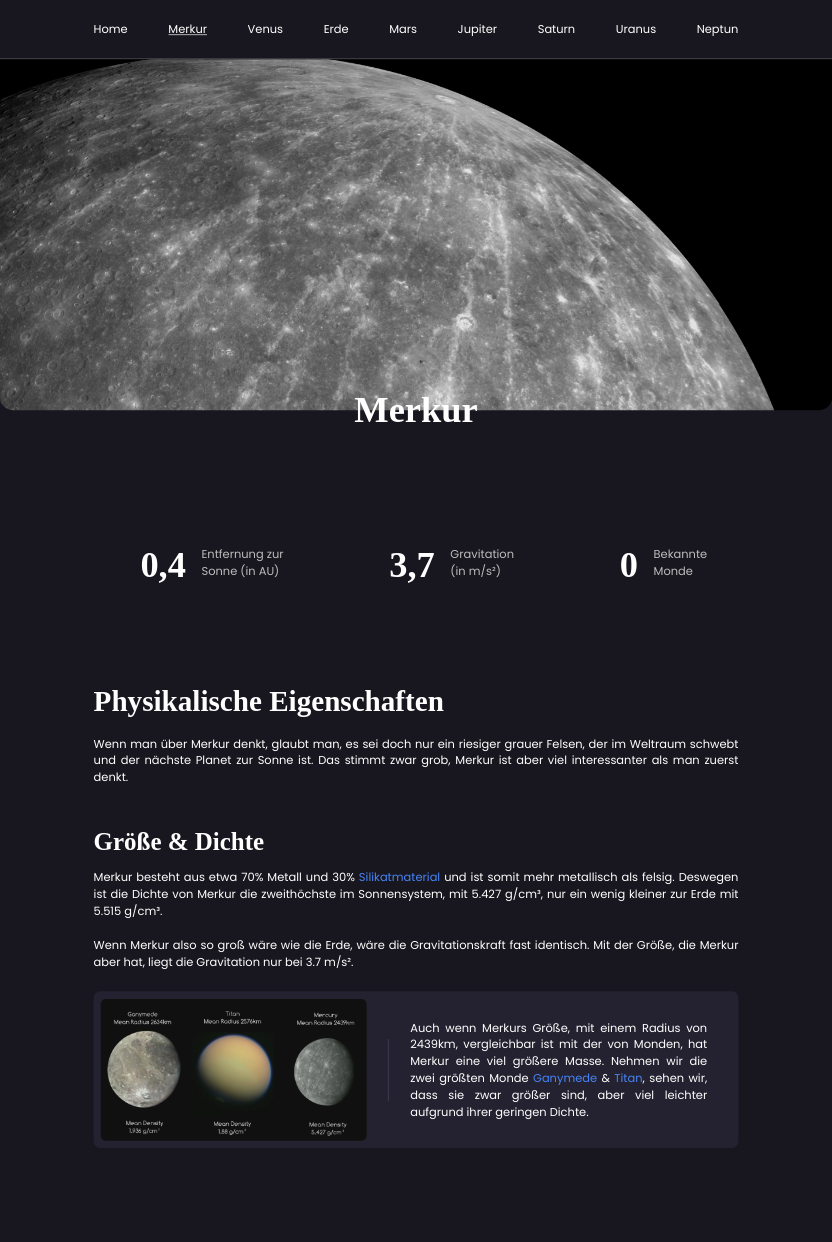
Repository: moreno-livak/solar
Page: dist/html/merkur.html
These files come from the project's save history. The page is drawn as it stood at one moment and after the next save; the edit follows.
The browser window is 1280 px wide. The pictures show the whole page, at 65% of full size.
The style sheet was rebuilt from its Sass, Less or Tailwind sources for each picture, by a compiler version that may differ from the author's.

Above is the page before, as saved 2022-05-07 13:14:38.
Console error: TypeError: Cannot read properties of null (reading 'querySelectorAll')

After the next save:
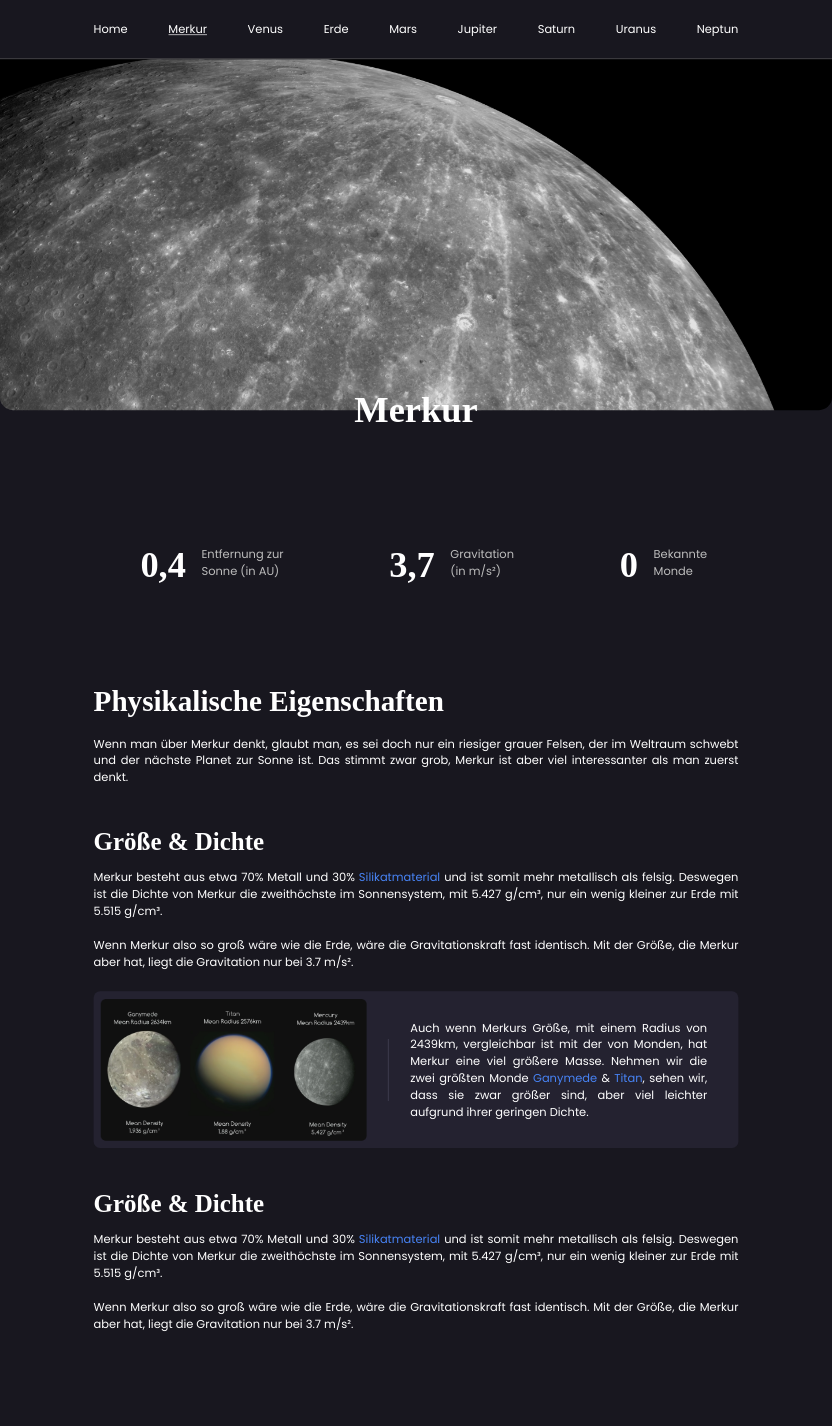
Saved 93 s later.
--- a/dist/html/merkur.html
+++ b/dist/html/merkur.html
@@ -100,6 +100,21 @@
     </div>
 
 
+    <h2>Größe & Dichte</h2>
+
+      <p>Merkur besteht aus etwa 70% Metall und 30%
+        <span class="tooltip-light" id="tooltip" data-message="Verbindungen aus Silicium + Sauerstoff">
+          Silikatmaterial </span>
+        und ist somit mehr metallisch
+        als felsig. Deswegen ist die Dichte von Merkur die zweithöchste im
+        Sonnensystem, mit 5.427 g/cm³, nur ein wenig kleiner zur Erde mit 5.515 g/cm³.
+        <br><br>
+        Wenn Merkur also so groß wäre wie die Erde, wäre die Gravitationskraft fast
+        identisch. Mit der Größe, die Merkur aber hat, liegt die Gravitation
+        nur bei 3.7 m/s².
+      </p>
+
+
   </section>
 
 
